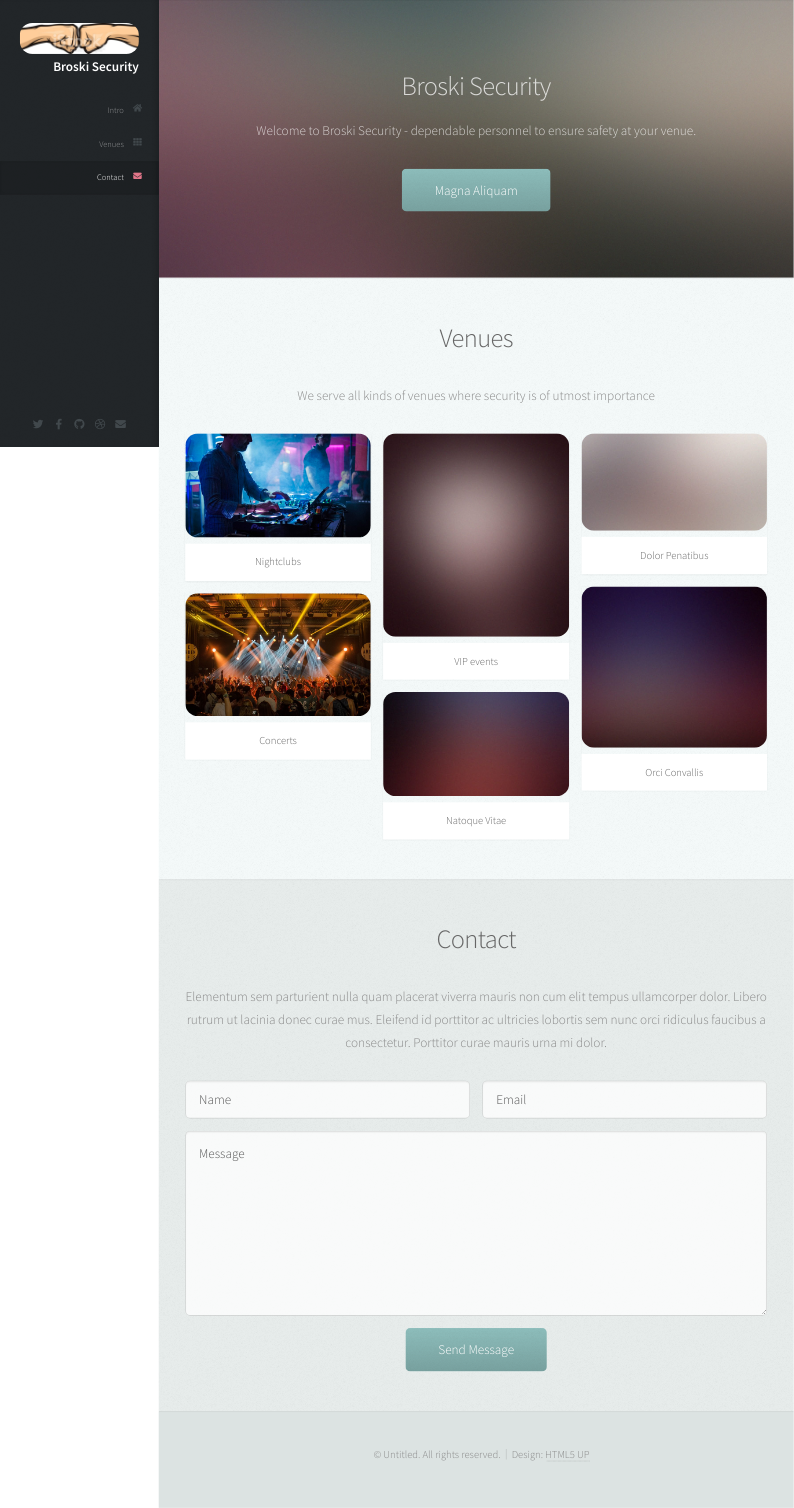
Repository: fiedore/fiedore.github.io
Page: index.html
These files come from the project's save history. The page is drawn as it stood at one moment and after the next save; the edit follows.
The browser window is 1280 px wide. The pictures show the whole page, at 62% of full size.

Above is the page before, as saved 2025-06-03 09:06:29.

After the next save:
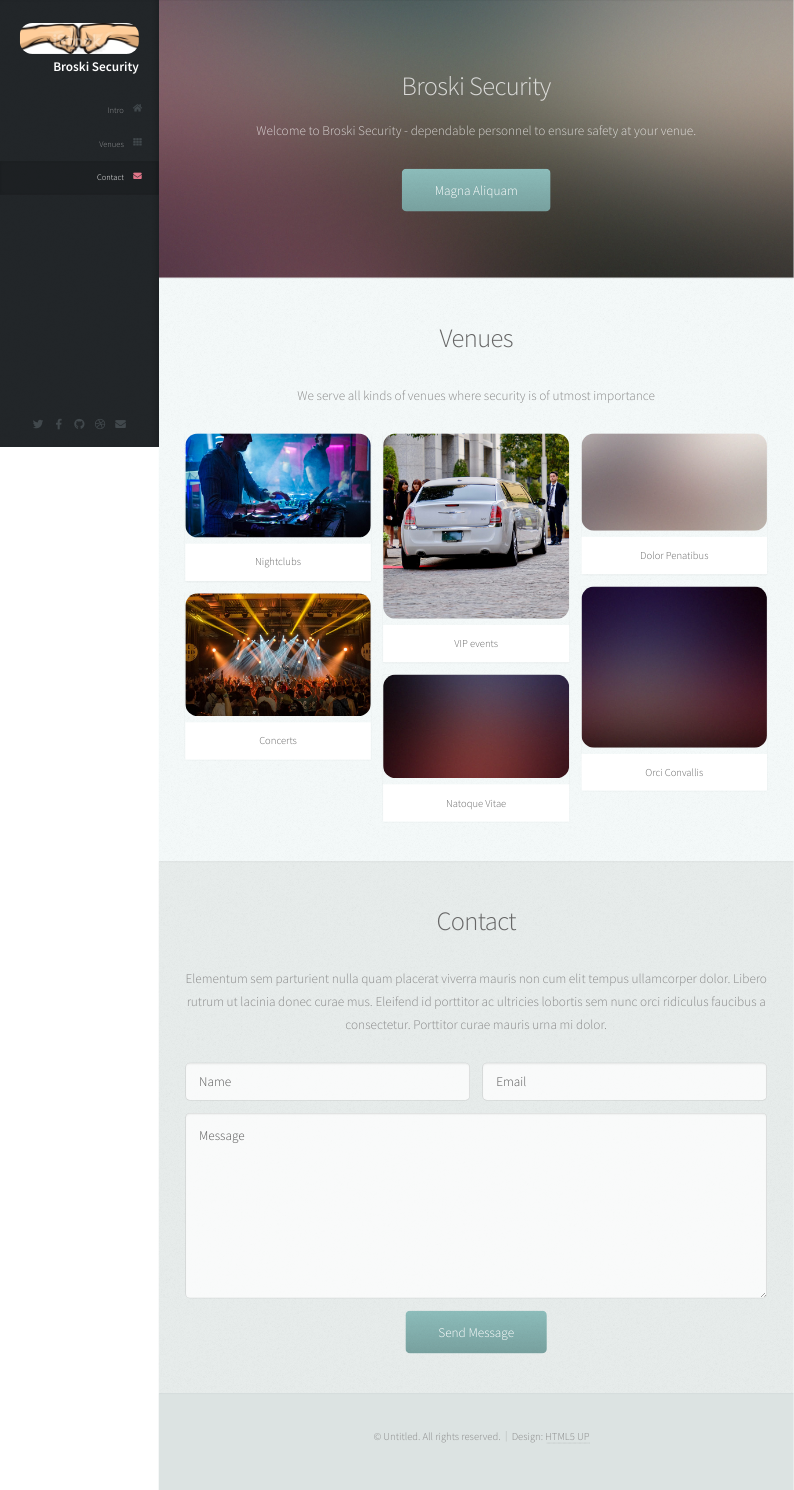
Saved 8 s later.
--- a/index.html
+++ b/index.html
@@ -97,7 +97,7 @@
 								</div>
 								<div class="col-4 col-12-mobile">
 									<article class="item">
-										<a href="#" class="image fit"><img src="images/pic04.jpg" alt="" /></a>
+										<a href="#" class="image fit"><img src="images/limousine.jpg" alt="" /></a>
 										<header>
 											<h3>VIP events</h3>
 										</header>
